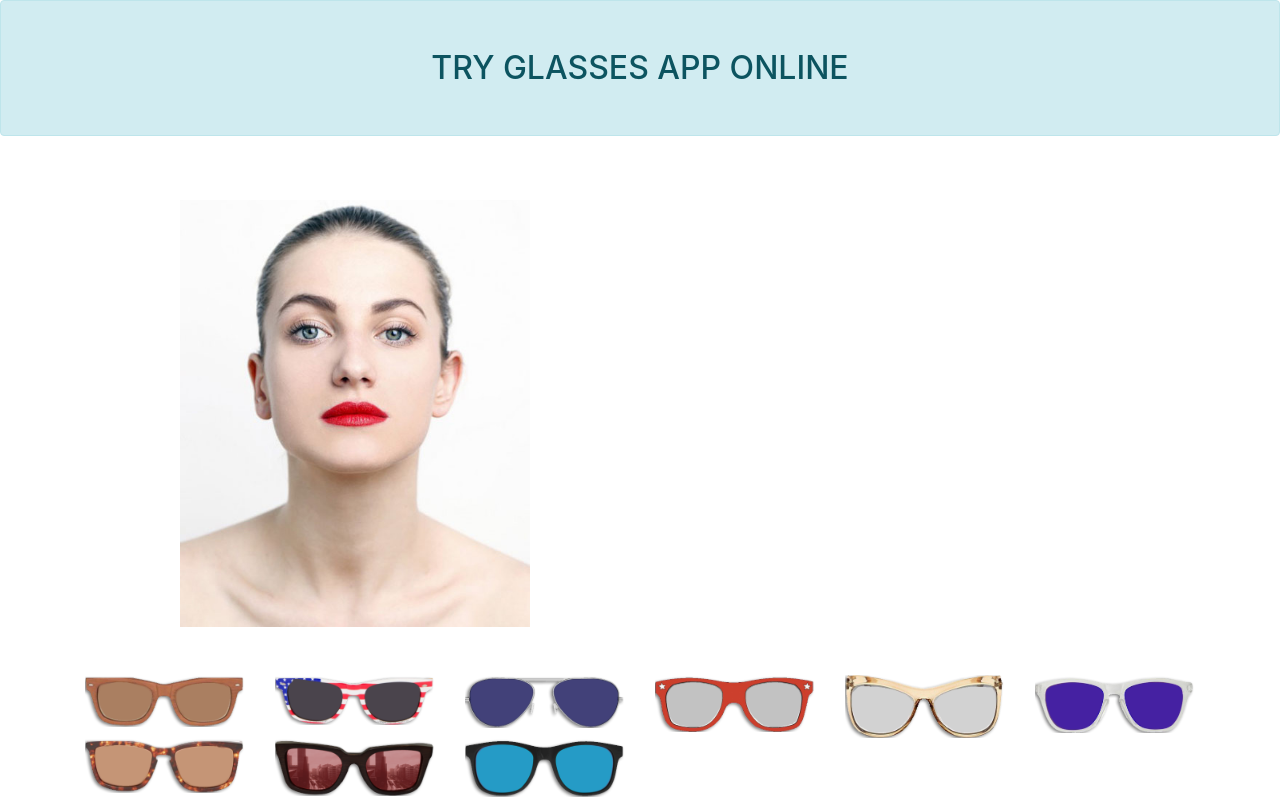
Repository: phongthanhh/ChoseGlass
Page: /
An editor plug-in stored every save of this project. The page is shown before and after the next save, followed by the edit.
The browser window is 1280 px wide. The pictures show the whole page.
The project was rebuilt for these pictures with package versions that can differ from the ones it lists, and the page was loaded fresh each time.

Above is the page before, as saved 2022-12-25 16:18:56.

After the next save:
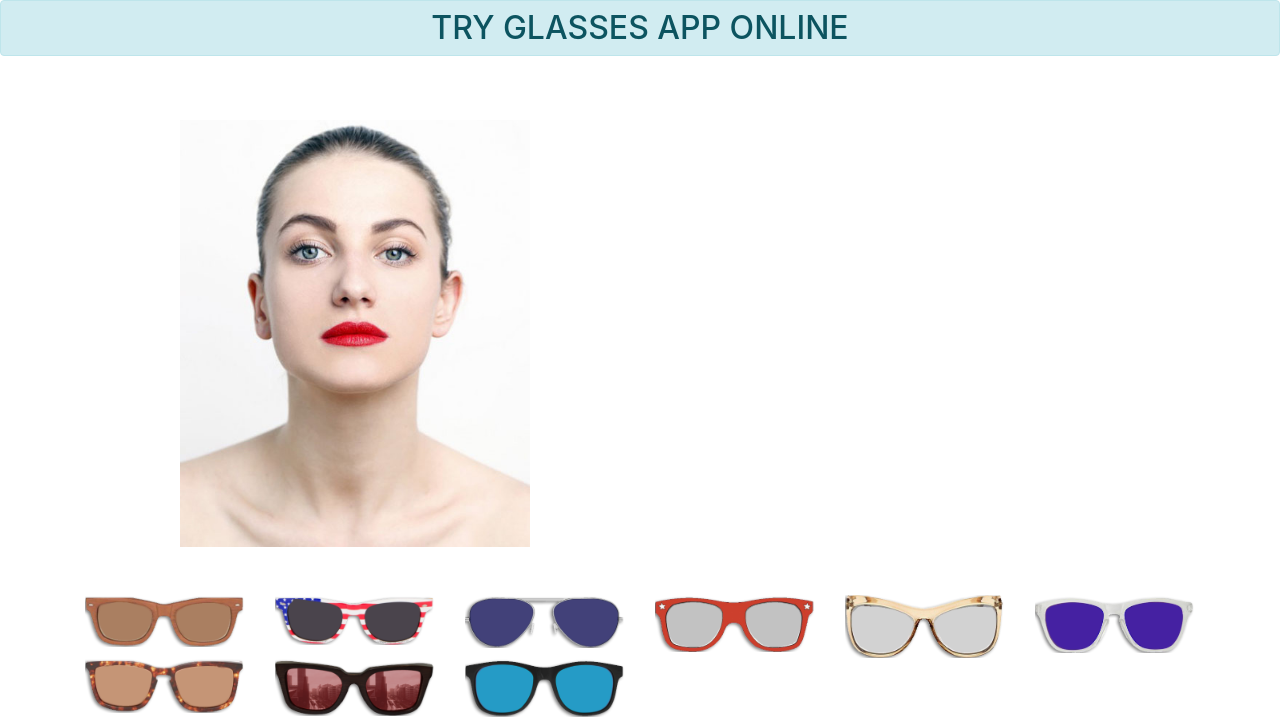
Saved 18 s later.
--- a/src/ChoseGlass/BTGlass.jsx
+++ b/src/ChoseGlass/BTGlass.jsx
@@ -81,7 +81,7 @@
         return (
             <div>
                 <section className='main'>
-                    <h2 className='alert alert-info py-5'>TRY GLASSES APP ONLINE</h2>
+                    <h2 className='alert alert-info py-2'>TRY GLASSES APP ONLINE</h2>
                     <div className="item container">
                         <div className="row py-5">
                             <div className="col-6">
